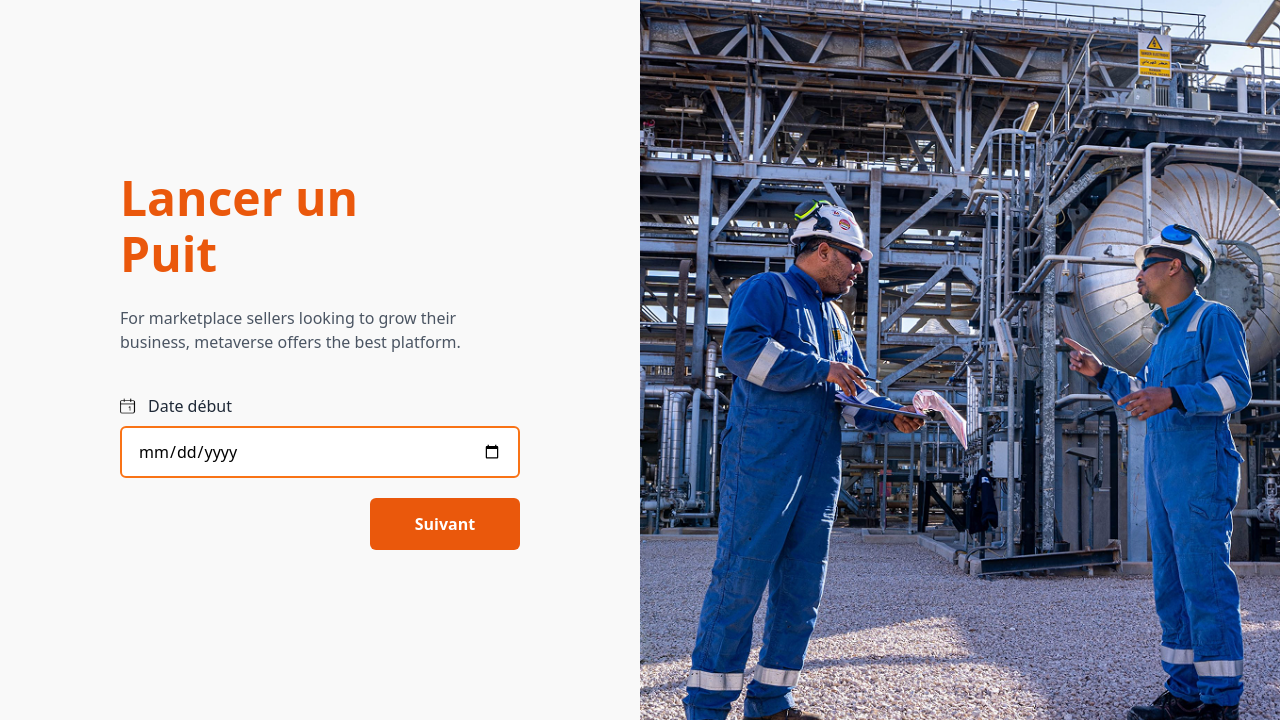
Repository: 123455675848484848484884848484/Projet_2cs
Page: / (app in front/)
These files come from the project's save history. The page is drawn as it stood at one moment and after the next save; the edit follows.
The browser window is 1280 px wide. The pictures show the whole page.
The project was rebuilt for these pictures with package versions that can differ from the ones it lists, and the page was loaded fresh each time. Also part of the build but not shown: front/src/App.css, front/src/Login.jsx.

Above is the page before, as saved 2025-04-23 18:26:56.

After the next save:
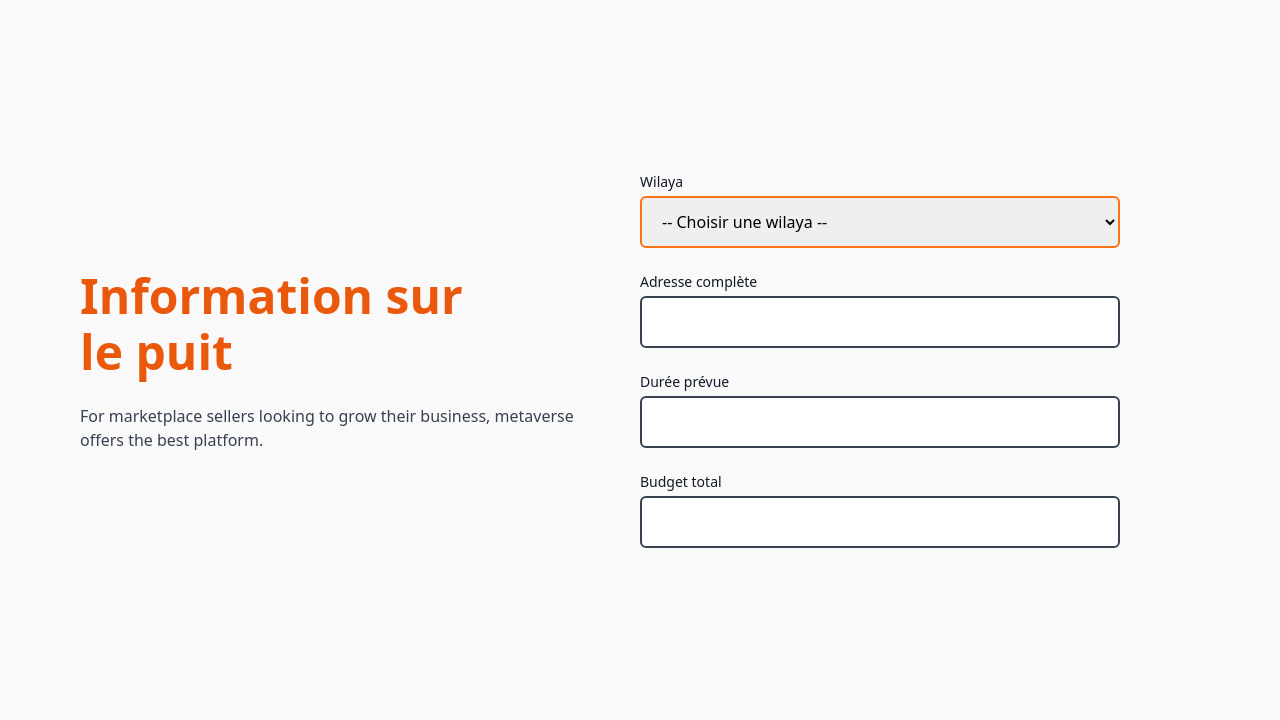
Saved 14 s later.
--- a/front/src/App.jsx
+++ b/front/src/App.jsx
@@ -4,9 +4,10 @@ import './App.css';
 import React from "react";
 import Login from "./Login";
 import LancerPuit from './LancerPuit';
+import InformationPuit from './InformationPuit';
 
 function App() {
-  return <LancerPuit />;
+  return <InformationPuit />;
 }
 
 export default App;
